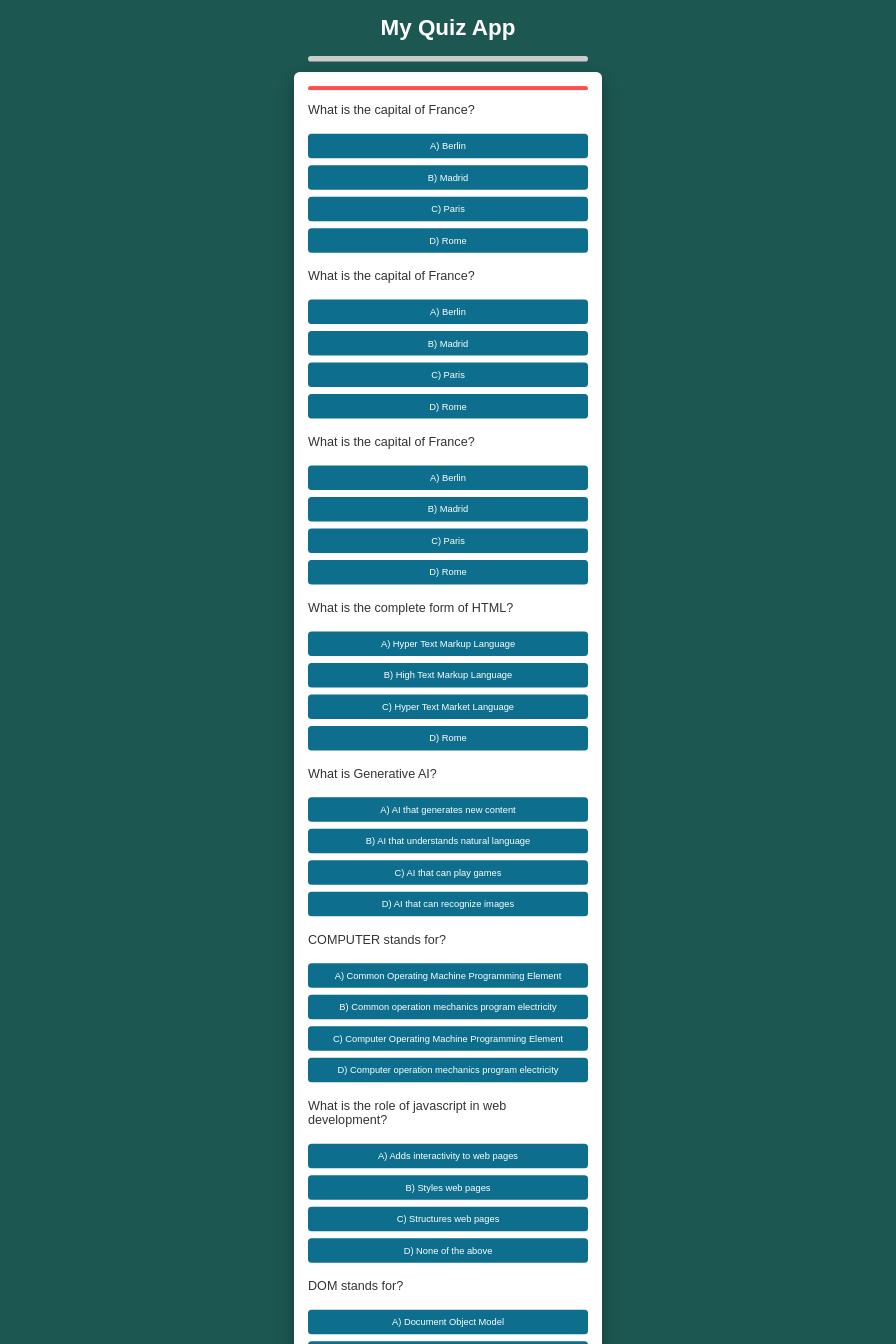
Repository: fatimaqueen9967-eng/SyntacexhubQuizApp
Page: index.html
These files come from the project's save history. The page is drawn as it stood at one moment and after the next save; the edit follows.
The browser window is 1280 px wide. The pictures show the part of the page from y = 0 to 1920 px (the page is 3518 px tall before and 720 px after), at 70% of full size.

Above is the page before, as saved 2026-03-15 07:18:45.
Console error: TypeError: Cannot set properties of null (setting 'innerText')

### index.html
<!DOCTYPE html>
<html lang="en">
<head>
<meta charset="UTF-8">
<meta name="viewport" content="width=device-width, initial-scale=1.0">
<title>Quiz App</title>
<link rel="stylesheet" href="style.css">
</head>

<body>

<h1>My Quiz App</h1>

<!-- Progress bar -->
<div class="progress-container">
<div id="progress-bar"></div>
</div>

<div class="box">

<!-- Timer -->
<div class="timer">
<div id="timer-bar"></div>
</div>

<!-- Question counter -->
<div id="counter"></div>

<!-- QUESTIONS -->

<div class="question">
<p>What is the capital of France?</p>
</div>
<div class="options">
<button>A) Berlin</button>
<button>B) Madrid</button>
<button>C) Paris</button>
<button>D) Rome</button>
</div>

<div class="question">
<p>What is the capital of France?</p>
</div>
<div class="options">
<button>A) Berlin</button>
<button>B) Madrid</button>
<button>C) Paris</button>
<button>D) Rome</button>
</div>

<div class="question">
<p>What is the capital of France?</p>
</div>
<div class="options">
<button>A) Berlin</button>
<button>B) Madrid</button>
<button>C) Paris</button>
<button>D) Rome</button>
</div>

<div class="question">
<p>What is the complete form of HTML?</p>
</div>
<div class="options">
<button>A) Hyper Text Markup Language</button>
<button>B) High Text Markup Language</button>
<button>C) Hyper Text Market Language</button>
<button>D) Rome</button>
</div>

<div class="question">
<p>What is Generative AI?</p>
</div>
<div class="options">
<button>A) AI that generates new content</button>
<button>B) AI that understands natural language</button>
<button>C) AI that can play games</button>
<button>D) AI that can recognize images</button>
</div>

<div class="question">
<p>COMPUTER stands for?</p>
</div>
<div class="options">
<button>A) Common Operating Machine Programming Element</button>
<button>B) Common operation mechanics program electricity</button>
<button>C) Computer Operating Machine Programming Element</button>
<button>D) Computer operation mechanics program electricity</button>
</div>

<div class="question">
<p>What is the role of javascript in web development?</p>
</div>
<div class="options">
<button>A) Adds interactivity to web pages</button>
<button>B) Styles web pages</button>
<button>C) Structures web pages</button>
<button>D) None of the above</button>
</div>

<div class="question">
<p>DOM stands for?</p>
</div>
<div class="options">
<button>A) Document Object Model</button>
<button>B) Data Object Model</button>
<button>C) Document Oriented Model</button>
<button>D) Data Oriented Model</button>
</div>

<div class="question">
<p>What is CSS?</p>
</div>
<div class="options">
<button>A) CSS is used to style web pages</button>
<button>B) Body of a page</button>
<button>C) Head of a page</button>
<button>D) None of the above</button>
</div>

<div class="question">
<p>What does createElement do in javascript?</p>
</div>
<div class="options">
<button>A) Creates a new HTML element</button>
<button>B) Removes an element</button>
<button>C) Modifies an element</button>
<button>D) None of the above</button>
</div>

<div class="question">
<p>What is the use of addEventListener in javascript?</p>
</div>
<div class="options">
<button>A) Adds an event listener to an HTML element</button>
<button>B) Removes an event listener</button>
<button>C) Modifies an event listener</button>
<button>D) None of the above</button>
</div>

<div class="question">
<p>Who is the founder of Microsoft?</p>
</div>
<div class="options">
<button>A) Steve Jobs</button>
<button>B) Bill Gates</button>
<button>C) Mark Zuckerberg</button>
<button>D) Elon Musk</button>
</div>

<div class="question">
<p>What is Bootstrap?</p>
</div>
<div class="options">
<button>A) A CSS framework</button>
<button>B) A JavaScript library</button>
<button>C) A front-end framework</button>
<button>D) A back-end framework</button>
</div>

<div class="question">
<p>What is the full form of CSS?</p>
</div>
<div class="options">
<button>A) Cascading Style Sheets</button>
<button>B) Computer Style Sheets</button>
<button>C) Creative Style Sheets</button>
<button>D) Colorful Style Sheets</button>
</div>

<!-- feedback -->
<div id="feedback"></div>

<!-- next button -->
<button id="nextBtn">Next Question</button>

</div>

<canvas id="confetti"></canvas>

<script src="script.js"></script>

</body>
</html>

### style.css
body{
background:#1c5752;
font-family:Arial;
display:flex;
flex-direction:column;
align-items:center;
justify-content:center;
min-height:100vh;
color:white;
margin:0;
}

/* heading animation */

.title{
animation:slideDown 1s ease;
}

@keyframes slideDown{
from{
opacity:0;
transform:translateY(-40px);
}
to{
opacity:1;
transform:translateY(0);
}
}

/* progress bar */

.progress-container{
width:400px;
height:8px;
background:#ccc;
border-radius:20px;
overflow:hidden;
margin-bottom:15px;
}

#progress-bar{
height:100%;
width:0%;
background:#0d6f8d;
transition:0.4s;
}

/* quiz box */

.box{
width:400px;
background:white;
color:#333;
padding:20px;
border-radius:8px;
box-shadow:0 10px 25px rgba(0,0,0,0.3);
animation:fadeIn 0.8s;
}

@keyframes fadeIn{
from{opacity:0}
to{opacity:1}
}

/* timer */

.timer{
width:100%;
height:6px;
background:#ddd;
border-radius:20px;
overflow:hidden;
margin-bottom:10px;
}

#timer-bar{
height:100%;
width:100%;
background:#ff4d4d;
transition:1s linear;
}

/* question */

.question{
font-size:18px;
margin-bottom:15px;
}

/* options */

.options{
display:flex;
flex-direction:column;
}

.options button{
background:#0d6f8d;
color:white;
border:none;
padding:10px;
margin:5px 0;
border-radius:5px;
cursor:pointer;
transition:0.2s;
}

.options button:hover{
transform:scale(1.05);
}

.correct{
background:green !important;
}

.wrong{
background:red !important;
}

/* feedback */

#feedback{
margin-top:10px;
font-weight:bold;
text-align:left;
min-height:20px;
}

/* next button */

#nextBtn{
margin-top:10px;
background:#1c5752;
color:white;
border:none;
padding:10px;
border-radius:5px;
cursor:pointer;
display:none;
}

/* result circle */

.result{
text-align:center;
}

.circle{
width:160px;
height:160px;
border-radius:50%;
border:12px solid #0d6f8d;
display:flex;
align-items:center;
justify-content:center;
font-size:28px;
font-weight:bold;
margin:20px auto;
animation:pop 0.8s ease;
}


@keyframes pop{
0%{transform:scale(0)}
100%{transform:scale(1)}
}

/* confetti */

#confetti{
position:fixed;
top:0;
left:0;
pointer-events:none;
}

/* mobile */

@media(max-width:450px){

.box{
width:90%;
}

.progress-container{
width:90%;
}

}

### script.js
const questionEl=document.getElementById("question");
const optionsEl=document.getElementById("options");
const feedback=document.getElementById("feedback");
const counter=document.getElementById("counter");
const progressBar=document.getElementById("progress-bar");
const timerBar=document.getElementById("timer-bar");
const nextBtn=document.getElementById("nextBtn");

let current=0;
let score=0;
let timer;
let time=30;

const comments=[
"🔥 Excellent!",
"👏 Great Job!",
"🚀 You're doing amazing!",
"😎 Smart Answer!",
"💡 Brilliant!"
];

const questions=[

{
q:"What is the capital of France?",
options:["Berlin","Madrid","Paris","Rome"],
answer:"Paris"
},

{
q:"What is the full form of HTML?",
options:["Hyper Text Markup Language","High Text Markup Language","Hyper Text Market Language","None"],
answer:"Hyper Text Markup Language"
},

{
q:"What is Generative AI?",
options:["AI that generates new content","AI that understands language","AI that plays games","AI that recognizes images"],
answer:"AI that generates new content"
},

{
q:"DOM stands for?",
options:["Document Object Model","Data Object Model","Document Oriented Model","Data Oriented Model"],
answer:"Document Object Model"
},

{
q:"Who is the founder of Microsoft?",
options:["Steve Jobs","Bill Gates","Mark Zuckerberg","Elon Musk"],
answer:"Bill Gates"
}

];

function showQuestion(){

let q=questions[current];

questionEl.innerText=q.q;

optionsEl.innerHTML="";

counter.innerText=`${current+1} / ${questions.length}`;

q.options.forEach(option=>{

let btn=document.createElement("button");

btn.innerText=option;

btn.onclick=()=>selectAnswer(btn,option);

optionsEl.appendChild(btn);

});

updateProgress();

startTimer();

}

function updateProgress(){

let percent=(current/questions.length)*100;

progressBar.style.width=percent+"%";

}

function startTimer(){

clearInterval(timer);

time=30;

timerBar.style.width="100%";

timer=setInterval(()=>{

time--;

timerBar.style.width=(time/30)*100+"%";

if(time<=0){

clearInterval(timer);

feedback.innerText="⏰ Time up!";

setTimeout(nextQuestion,1200);

}

},1000);

}

function selectAnswer(btn,option){

clearInterval(timer);

let correct=questions[current].answer;

let buttons=optionsEl.querySelectorAll("button");

buttons.forEach(b=>b.disabled=true);

if(option===correct){

btn.classList.add("correct");

score++;

feedback.innerText=comments[Math.floor(Math.random()*comments.length)];

}else{

btn.classList.add("wrong");

feedback.innerText="❌ Incorrect answer";

buttons.forEach(b=>{
if(b.innerText===correct){
b.classList.add("correct");
}
});

}

nextBtn.style.display="block";

}

nextBtn.onclick=()=>{

current++;

if(current<questions.length){

nextBtn.style.display="none";

feedback.innerText="";

showQuestion();

}else{

showResult();

}

};

function showResult(){

document.querySelector(".box").innerHTML=

`<div class="result">

<h2>Quiz Completed 🎉</h2>

<div class="circle">${score}/${questions.length}</div>

<p>Awesome work! 🚀</p>

<button onclick="location.reload()">Retake Quiz</button>

</div>`;

startConfetti();

}

/* confetti celebration */

function startConfetti(){

const canvas=document.getElementById("confetti");
const ctx=canvas.getContext("2d");

canvas.width=window.innerWidth;
canvas.height=window.innerHeight;

let pieces=[];

for(let i=0;i<100;i++){

pieces.push({

x:Math.random()*canvas.width,
y:Math.random()*canvas.height,
size:5+Math.random()*5,
speed:1+Math.random()*3

});

}

function update(){

ctx.clearRect(0,0,canvas.width,canvas.height);

pieces.forEach(p=>{

p.y+=p.speed;

if(p.y>canvas.height)p.y=0;

ctx.fillStyle="#0d6f8d";
ctx.fillRect(p.x,p.y,p.size,p.size);

});

requestAnimationFrame(update);

}

update();

}

showQuestion();

After the next save:
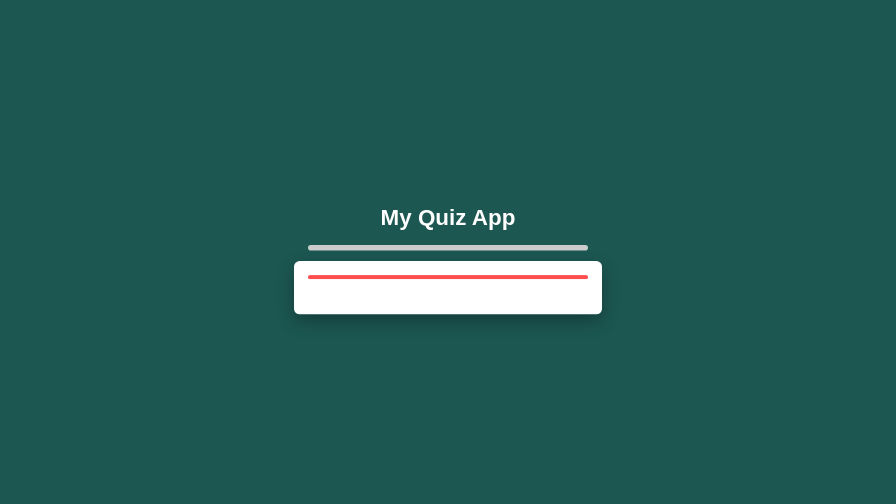
Saved 14 s later.
--- a/style.css
+++ b/style.css
@@ -158,7 +158,10 @@ font-weight:bold;
 margin:20px auto;
 animation:pop 0.8s ease;
 }
-
+.question,
+.options{
+display:none;
+}
 
 @keyframes pop{
 0%{transform:scale(0)}
